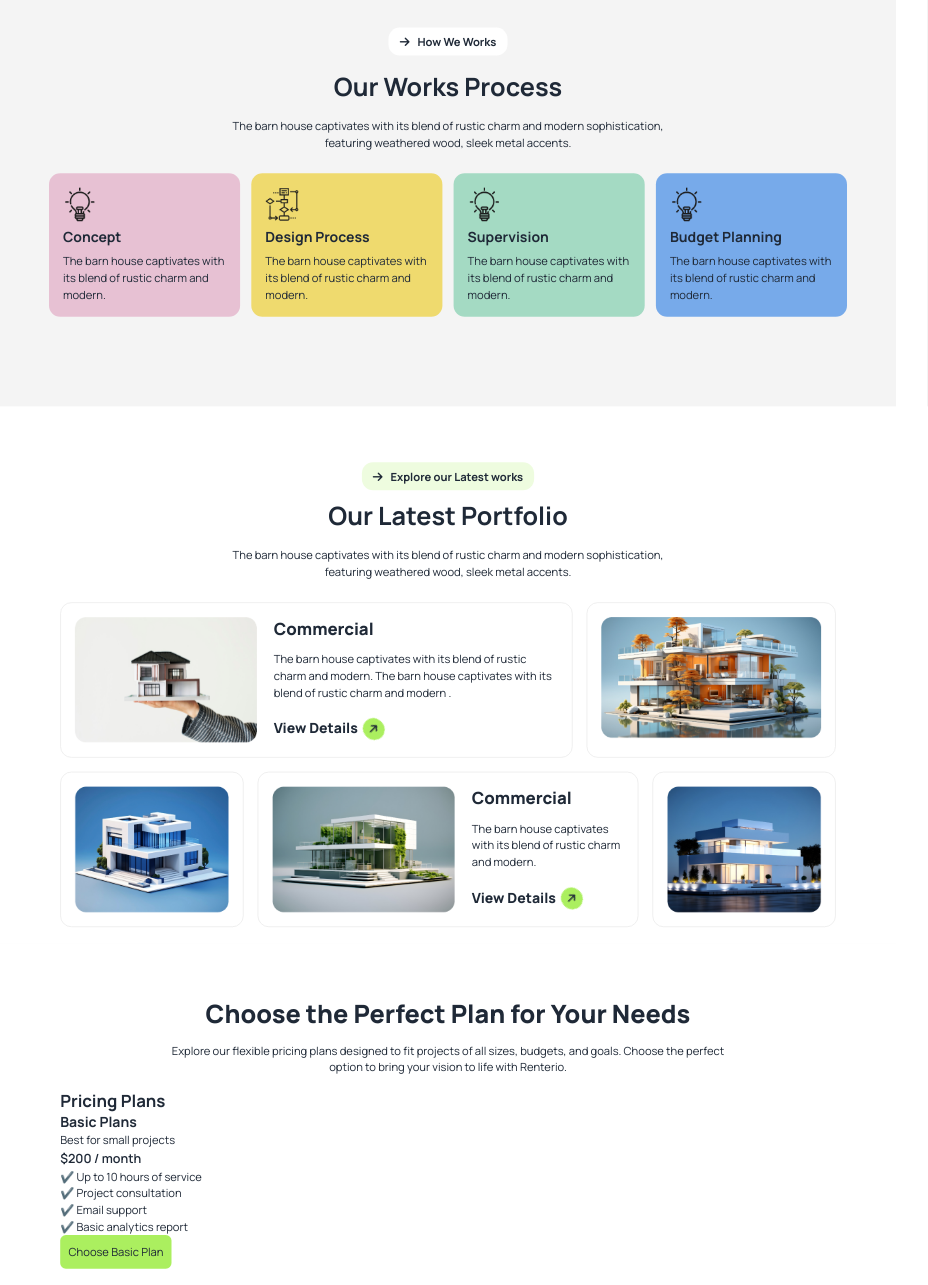
Repository: Tanvir4312/assignment-03
Page: index.html
The author's editor kept a copy of each file at every save. The page is drawn from the files as they stood at one save, then again after the next save.
The browser window is 1280 px wide. The page is 1325 px wide, so the pictures cover 1325 px, including what lies to the right of the window. The pictures show the part of the page from y = 1719 to 3559 px (the page is 3555 px tall before and 3559 px after), at 70% of full size.
Some web libraries are served in a nearby version.

Above is the page before, as saved 2024-10-30 19:51:06.

After the next save:
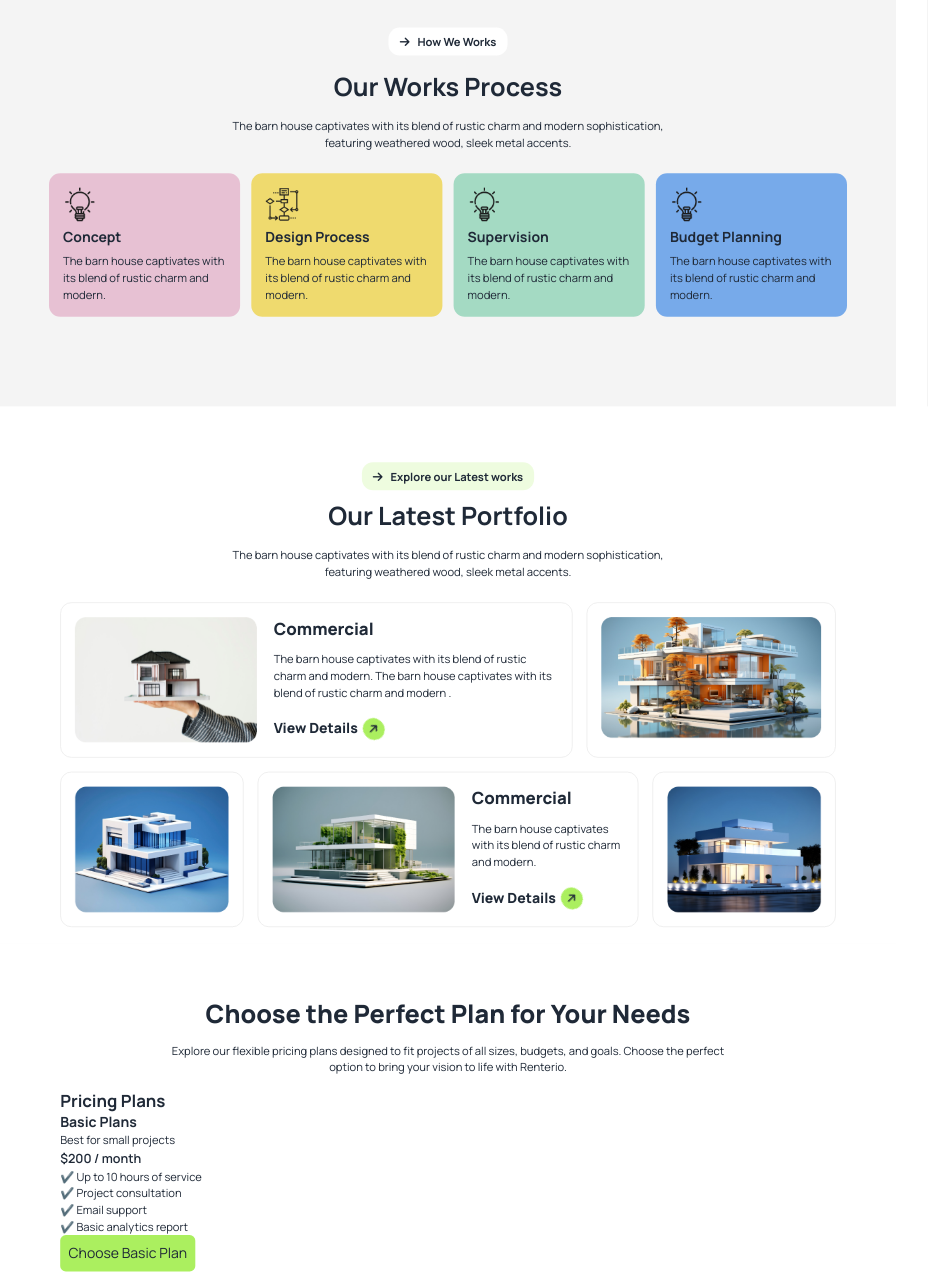
Saved 23 s later.
--- a/index.html
+++ b/index.html
@@ -309,7 +309,7 @@
                             <li class="list-none">✔️ Email support</li>
                             <li class="list-none">✔️ Basic analytics report</li>
                         </div>
-                        <button class="bg-bgBtnColor p-3 rounded-lg">Choose Basic Plan</button>
+                        <button class="bg-bgBtnColor p-3 rounded-lg text-xl">Choose Basic Plan</button>
                     </div>
 
                 </div>
